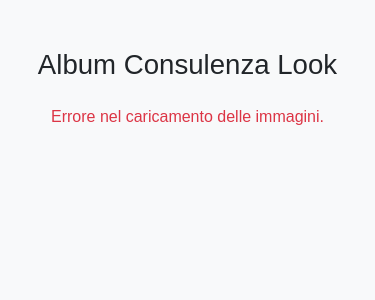
Repository: Probyte5D/Armocromia-website
Page: album.html
These files come from the project's save history. The page is drawn as it stood at one moment and after the next save; the edit follows.
The browser window is 375 px wide. The pictures show the whole page.
The page's requests for data from a server got no answer.

Above is the page before, as saved 2025-04-18 21:34:12.

### album.html
<!DOCTYPE html>
<html lang="it">
<head>
  <meta charset="UTF-8">
  <meta name="viewport" content="width=device-width, initial-scale=1.0">
  <title>Album Consulenza Look</title>
  <link href="https://cdn.jsdelivr.net/npm/bootstrap@5.1.0/dist/css/bootstrap.min.css" rel="stylesheet">
  <!-- Link al CSS personalizzato -->
  <link rel="stylesheet" href="album.css" />
</head>
<body>
  <div class="container py-5">
    <h1 class="text-center mb-4">Album Consulenza Look</h1>
    <div id="lookAlbum" class="row g-3">
      <!-- Le immagini saranno caricate qui dinamicamente -->
    </div>
  </div>

  <!-- Caricamento dei file JS di Bootstrap e il tuo JS personalizzato -->
  <script src="https://cdn.jsdelivr.net/npm/bootstrap@5.1.0/dist/js/bootstrap.bundle.min.js"></script>
  <script src="album.js"></script>
</body>
</html>

### album.css
/* CSS personalizzato per migliorare l'aspetto dell'album */
body {
  background-color: #f8f9fa;
  font-family: 'Arial', sans-serif;
}

.album-item img {
  width: 100%;
  height: 100%;
  object-fit: cover; /* Oppure 'contain' a seconda delle tue preferenze */
  transition: transform 0.3s ease-in-out;
}

#lookAlbum {
  display: flex;
  flex-wrap: wrap;
  gap: 1rem;
}

.album-item {
  flex: 1 1 30%; /* Le immagini occupano il 30% dello spazio su desktop */
  max-width: 30%; /* Limita la larghezza massima */
  box-sizing: border-box;
}

.album-item img {
  width: 100%;
  height: auto;
  transition: transform 0.3s ease-in-out;
}

.album-item:hover img {
  transform: scale(1.05);
}

.album-item .caption {
  position: absolute;
  bottom: 0;
  left: 0;
  right: 0;
  padding: 15px;
  background-color: rgba(0, 0, 0, 0.5);
  color: white;
  font-size: 1rem;
  text-align: center;
}

@media (max-width: 768px) {
  .album-item {
    margin-bottom: 20px;
  }
}

### album.js

    const API_KEY = '1J5XZG6HEjef4TKrOiBtmHWoMJVdLRUIxplL9GJzFHBeI64zgRPny53m';
    const query = 'fashion look';  // Modifica la query per altre immagini

    // Carica le immagini
    fetch(`https://api.pexels.com/v1/search?query=${encodeURIComponent(query)}&per_page=9`, {
      headers: { Authorization: API_KEY }
    })
    .then(r => r.json())
    .then(data => {
      const row = document.getElementById('lookAlbum');
      if (data && data.photos) {
        data.photos.forEach(photo => {
          const col = document.createElement('div');
          col.className = 'col-6 col-md-4';
          col.innerHTML = `
            <img src="${photo.src.medium}" class="img-fluid rounded shadow-sm" alt="${photo.photographer}" title="Ph: ${photo.photographer}">
          `;
          row.appendChild(col);
        });
      } else {
        row.innerHTML = '<p class="text-danger text-center">Nessuna immagine trovata per questa ricerca.</p>';
      }
    })
    .catch(err => {
      console.error(err);
      const row = document.getElementById('lookAlbum');
      row.innerHTML = '<p class="text-danger text-center">Errore nel caricamento delle immagini.</p>';
    });

After the next save:
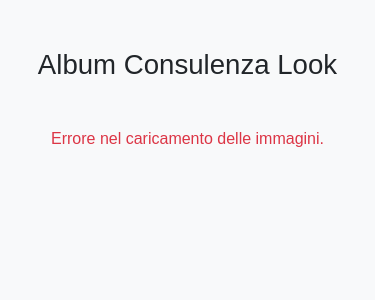
Saved 34 s later.
--- a/album.css
+++ b/album.css
@@ -1,52 +1,62 @@
-/* CSS personalizzato per migliorare l'aspetto dell'album */
+/* Imposta il colore di sfondo e la font di base */
 body {
   background-color: #f8f9fa;
   font-family: 'Arial', sans-serif;
 }
 
+/* Migliora l'aspetto delle immagini e il layout generale */
+#lookAlbum {
+  display: grid;
+  grid-template-columns: repeat(auto-fill, minmax(250px, 1fr)); /* 3 immagini per riga su schermi grandi */
+  gap: 15px;
+  margin-top: 30px;
+}
+
+/* Card per ogni immagine */
+.album-item {
+  position: relative;
+  overflow: hidden;
+  border-radius: 10px;
+  box-shadow: 0 4px 10px rgba(0, 0, 0, 0.1);
+  background-color: white;
+}
+
+/* Immagine responsiva */
 .album-item img {
   width: 100%;
   height: 100%;
-  object-fit: cover; /* Oppure 'contain' a seconda delle tue preferenze */
+  object-fit: cover;
   transition: transform 0.3s ease-in-out;
 }
 
-#lookAlbum {
-  display: flex;
-  flex-wrap: wrap;
-  gap: 1rem;
+/* Effetto hover per l'immagine */
+.album-item:hover img {
+  transform: scale(1.1); /* Ingrandisce l'immagine leggermente al passaggio del mouse */
 }
 
-.album-item {
-  flex: 1 1 30%; /* Le immagini occupano il 30% dello spazio su desktop */
-  max-width: 30%; /* Limita la larghezza massima */
-  box-sizing: border-box;
-}
-
-.album-item img {
-  width: 100%;
-  height: auto;
-  transition: transform 0.3s ease-in-out;
-}
-
-.album-item:hover img {
-  transform: scale(1.05);
-}
-
+/* Overlay del titolo o del testo */
 .album-item .caption {
   position: absolute;
   bottom: 0;
   left: 0;
   right: 0;
-  padding: 15px;
-  background-color: rgba(0, 0, 0, 0.5);
+  padding: 10px;
+  background: rgba(0, 0, 0, 0.5);
   color: white;
+  text-align: center;
   font-size: 1rem;
-  text-align: center;
+  font-weight: bold;
 }
 
+/* Responsività per schermi più piccoli */
 @media (max-width: 768px) {
-  .album-item {
-    margin-bottom: 20px;
+  #lookAlbum {
+    grid-template-columns: 1fr 1fr; /* 2 immagini per riga su schermi medi */
   }
 }
+
+@media (max-width: 480px) {
+  #lookAlbum {
+    grid-template-columns: 1fr; /* 1 immagine per riga su schermi piccoli */
+  }
+}
